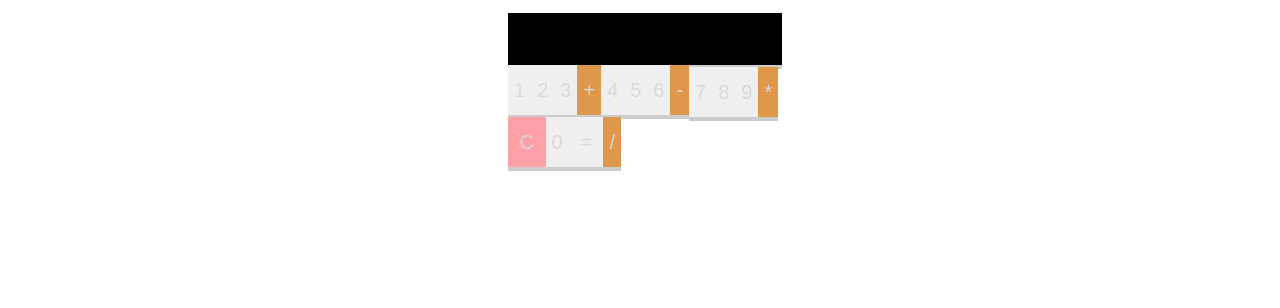
Repository: Drumstrum88/LAB-calculator
Page: index.html
These files come from the project's save history. The page is drawn as it stood at one moment and after a run of saves; the edit follows.
The browser window is 1280 px wide. The pictures show the whole page.

Above is the page before, as saved 2023-04-15 21:05:02.

### index.html
<!DOCTYPE html>
<html lang="en">
<head>
  <meta charset="UTF-8">
  <meta http-equiv="X-UA-Compatible" content="IE=edge">
  <meta name="viewport" content="width=device-width, initial-scale=1.0">
  <title>Calculator</title>
  <link rel="stylesheet" href="main.css">
</head>
<body>
  <div class="center-div">
  <input type="text" name="input" size="16" id="answer"><br>
  <input type="button" name="one" value="1" onclick="calc.input.value += '1'">
            <input type="button" name="two" value="2" onclick="calc.input.value += '2'">
            <input type="button" name="three" value="3" onclick="calc.input.value += '3'">
            <input type="button" class="operator" name="plus" value="+" onclick="calc.input.value += '+'">
            <br>
            <input type="button" name="four" value="4" onclick="calc.input.value += '4'">
            <input type="button" name="five" value="5" onclick="calc.input.value += '5'">
            <input type="button" name="six" value="6" onclick="calc.input.value += '6'">
            <input type="button" class="operator" name="minus" value="-" onclick="calc.input.value += '-'">
             <br>
             <input type="button" name="seven" value="7" onclick="calc.input.value += '7'">
             <input type="button" name="eight" value="8" onclick="calc.input.value += '8'">
             <input type="button" name="nine" value="9" onclick="calc.input.value += '9'">
             <input type="button" class="operator" name="times" value="*" onclick="calc.input.value += '*'">
             <br>
             <input type="button" id="clear" name="clear" value=" C " onclick="calc.input.value=''">
             <input type="button" name="zero" value="0" onclick="clac.input.value +='0'">
             <input type="button" name="doit" value=" = " onclick="calc.input.value=eval(calc.input.value)">
             <input type="button" class="operator" name="div" value="/" onclick="calc.input.value += '/'">
            </div>
  </body>
</html>

### main.css
body {
  display: flex;
  justify-content: center;
  align-items: center;

}
  center-div {
  width: 400px;
  background-color: 000000;
  }


  #answer{
    width: 270px;
    font-size: 26px;
    text-align: right;
    background-color: #000000;
    float: left;
    color: #ffffff;
}
/* answer hover effect */
#answer:hover{
    width: 270px;
    font-size: 26px;
    text-align: right;
    box-shadow: 0 4px rgba(0,0,0,0.2);
    background-color: #000000;
}

input{
  outline: 0;
  position: relative;
  left: 5px;
  top: 5px;
  border: 0;
  color:#d8d9db ;
  background-color: 4px;
  width: px;
  height: 50px;
  float: left;
  /*margin: 5px;*/
  font-size: 20px;
  box-shadow: 0 4px rgba(0,0,0,0.2);
}

.operator{
  background-color: #df974c;
  position: relative;
}


#clear{
  float: left;
  position: relative;
  display: block;
  background-color: #ff9fa8;
  margin-bottom: 15px;
}

After the next 3 saves:
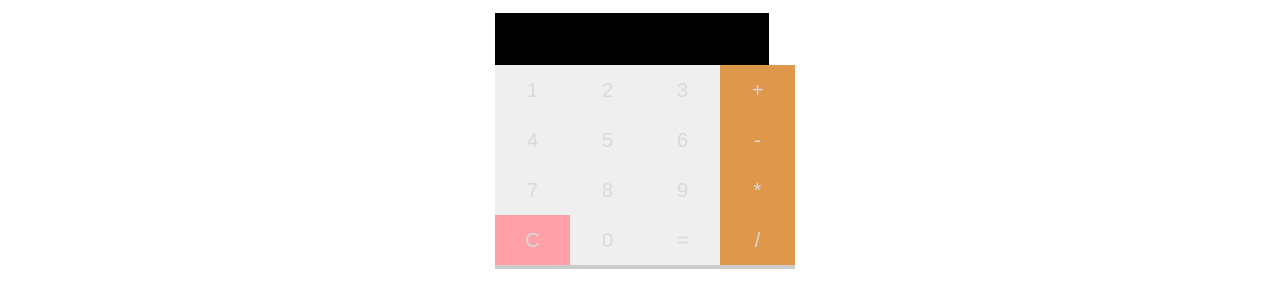
The 3 saves are shown as one change because they came seconds apart.
The last was saved 9 s later.
--- a/main.css
+++ b/main.css
@@ -35,7 +35,7 @@ input{
   border: 0;
   color:#d8d9db ;
   background-color: 4px;
-  width: px;
+  width: 75px;
   height: 50px;
   float: left;
   /*margin: 5px;*/
